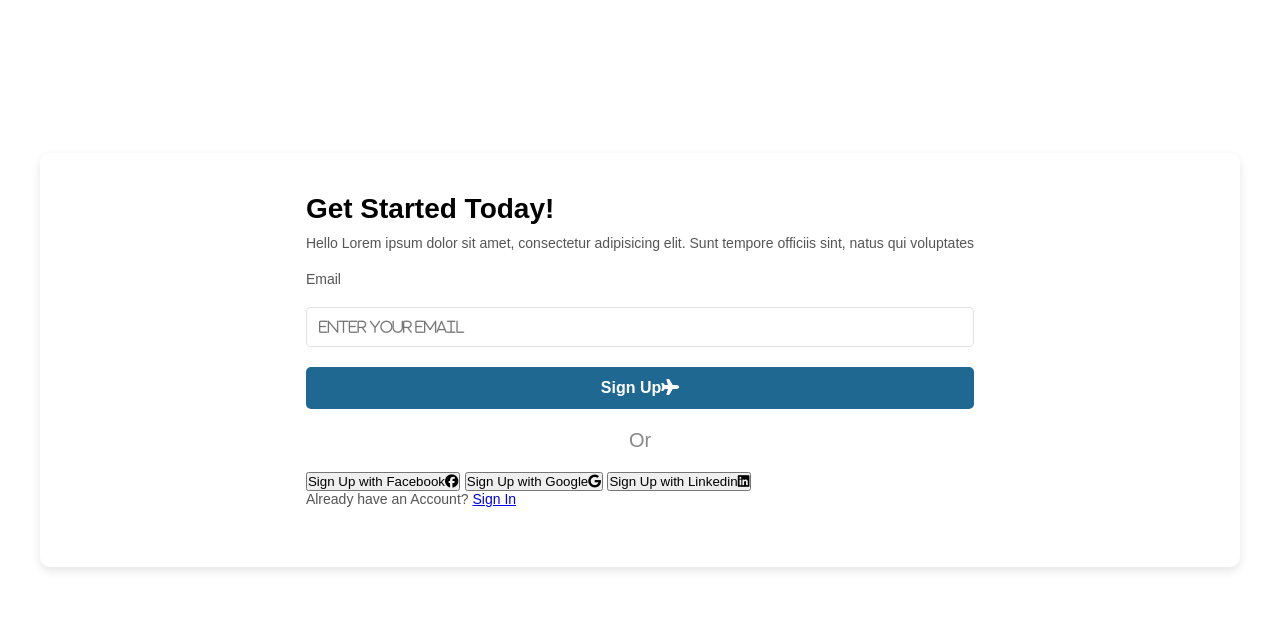
Repository: Femi007-gh/Login-V2
Page: index.html
The author's editor kept a copy of each file at every save. The page is drawn from the files as they stood at one save, then again after the next save.
The browser window is 1280 px wide. The pictures show the whole page.

Above is the page before, as saved 2025-01-27 07:09:46.

### index.html
<html>
    <head>
        <title></title>
  <link rel="stylesheet" href="style.css">
  <link rel="stylesheet" href="https://cdnjs.cloudflare.com/ajax/libs/font-awesome/6.5.0/css/all.min.css">
    </head>
    <body>
        <div class="container">
            <div class="left-session">
                <div class="form-container">
                    <h1>Get Started Today!</h1>
                    <p> Hello Lorem ipsum dolor sit amet, consectetur adipisicing elit. Sunt tempore officiis sint, natus qui voluptates </p>
                    <form>
                        <div class="input-group">
                            <p>Email</p>
                            <input type="email" id="email" placeholder="Enter your email" required<i class="fa-regular fa-paper-plane"></i>
                        </div>
                        <button class="primary-btn" type="submit">Sign Up<i class="fa-solid fa-plane"></i></button>
                    </form>
                    <p class="divider">Or</p>
                    <div class="social-buttons">
                        <button class="social-buttons-facebook-btn">
                            Sign Up with Facebook<i class="fa-brands fa-facebook"></i>
                        </button>
                        <button class="social-buttons-google-btn">
                            Sign Up with Google<i class="fa-brands fa-google"></i>
                        </button>
                        <button class="social-buttons-Linkedin-btn">
                            Sign Up with Linkedin<i class="fa-brands fa-linkedin"></i>
                        </button>
                    </div>
                    <p>Already have an Account? <a href="#">Sign In</a></p>
                </div>
            </div>
            <div class="right-section"></div>
        </div>
    </body>
</html>

### style.css
* {
   padding: 0;
   margin: 0;
   box-sizing: border-box;
}

body {
    font-family: sans-serif;
    background-color: #fff;
    display: flex;
    justify-content: center;
    align-items: center;
}

.container {
  display: flex;
  max-width: 1200px;
  width: 100%;
  background-color: #fff;
  border-radius: 10px;
  overflow: hidden;
  box-shadow: 0 4px 10px rgba(0, 0, 0, 0.1);
}

.left-session {
  flex: 1;
  padding: 40px;
  display: flex;
  justify-content: center;
  align-items: center;
}

h1 {
  font-size: 28px;
  font-weight: bold;
  margin-bottom: 10px;
}

p {
  font-size: 14px;
  color: #555;
  margin-bottom: 20px;
}

.input-group {
  margin-bottom: 20px;
}

.input-group input {
  width: 100%;
  padding: 12px;
  font-size: 14px;
  border: 1px solid #dddd;
  border-radius: 5px;
}

.primary-btn {
  width: 100%;
  padding: 12px;
  background-color: #1F6891;
  color: white;
  border: none;
  border-radius: 5px;
  font-size: 16px;
  font-weight: bold;
  cursor: pointer;
}

.primary-btn:hover {
  background-color: #005a8c;
}

.divider {
  font-size: 20px;
  color: #888;
  margin: 20px 0;
  text-align: center;
}

After the next save:
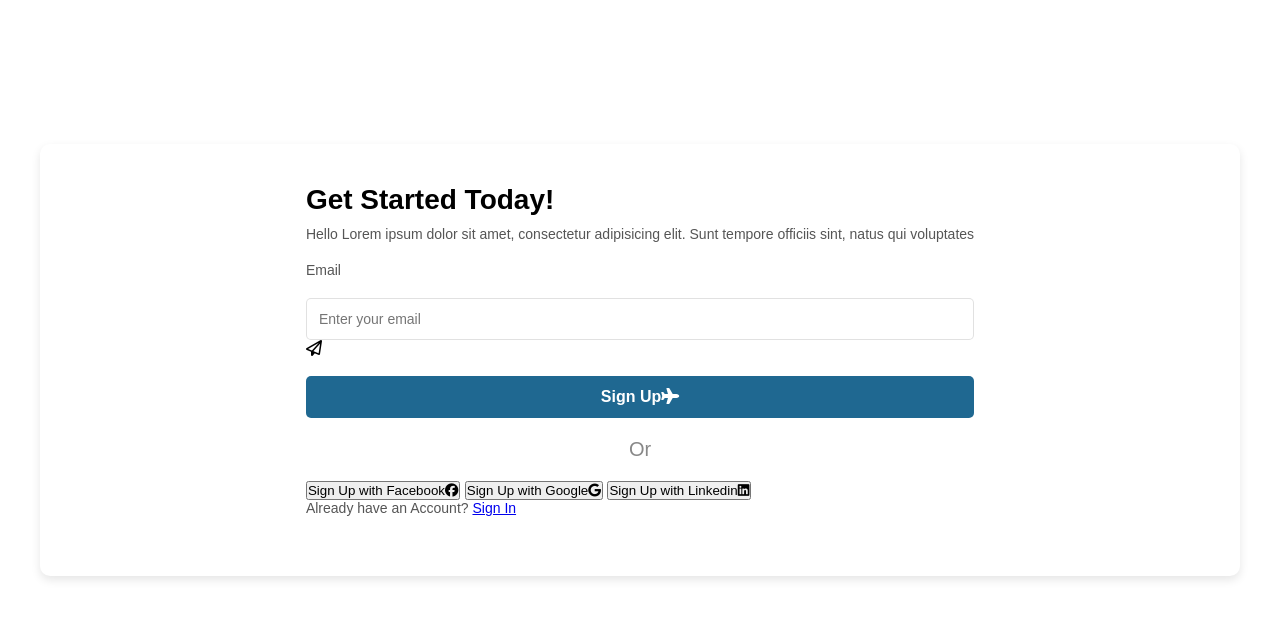
Saved 5 s later.
--- a/index.html
+++ b/index.html
@@ -13,7 +13,7 @@
                     <form>
                         <div class="input-group">
                             <p>Email</p>
-                            <input type="email" id="email" placeholder="Enter your email" required<i class="fa-regular fa-paper-plane"></i>
+                            <input type="email" id="email" placeholder="Enter your email" required><i class="fa-regular fa-paper-plane"></i>
                         </div>
                         <button class="primary-btn" type="submit">Sign Up<i class="fa-solid fa-plane"></i></button>
                     </form>
